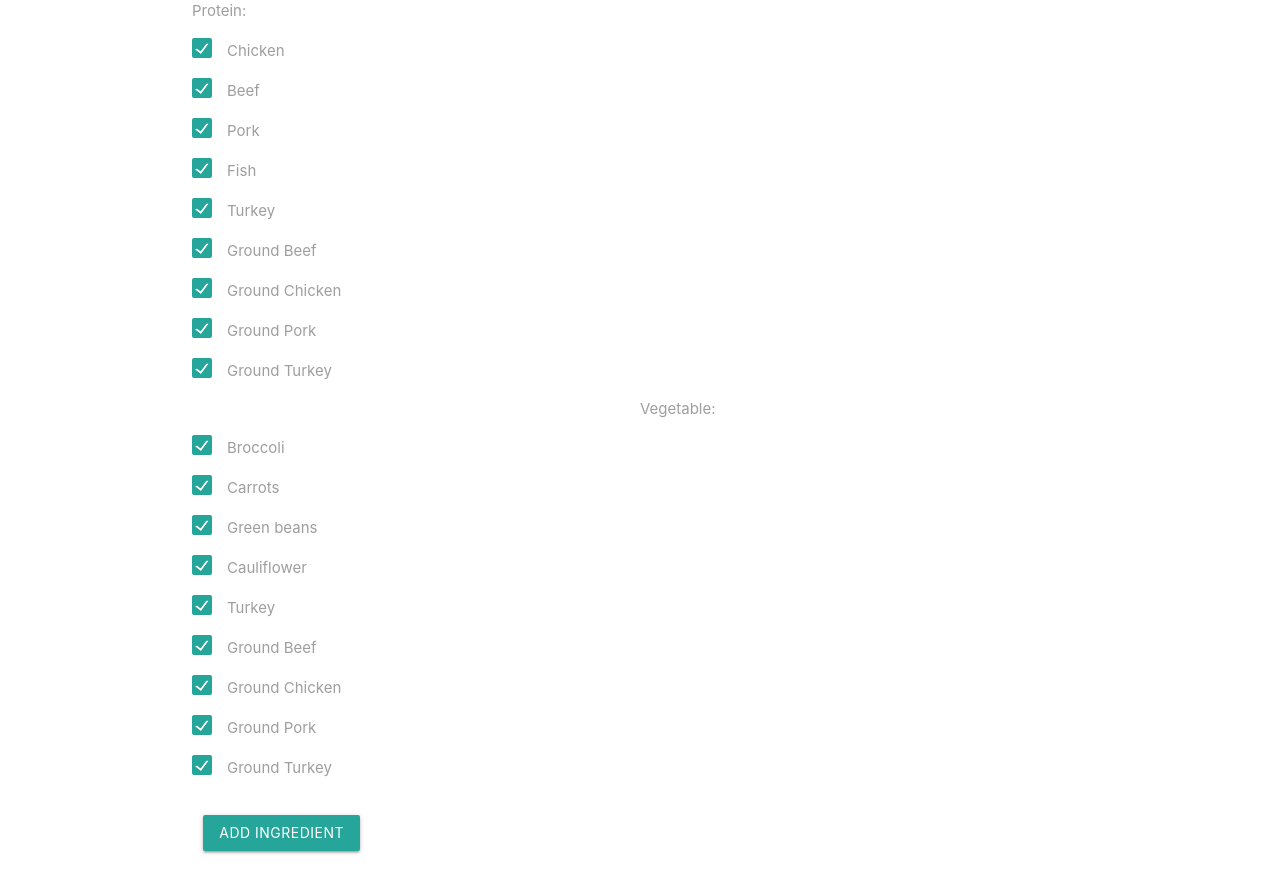
Repository: Aaron-R-Carter/Project1
Page: prototype.html
An editor plug-in stored every save of this project. The page is shown before and after the next save, followed by the edit.
The browser window is 1280 px wide. The pictures show the whole page.

Above is the page before, as saved 2019-10-31 23:34:13.
Console error: SyntaxError: Unexpected token '<'

### prototype.html
<!DOCTYPE html>
<html>

<head>
    <!--Import Google Icon Font-->
    <link href="https://fonts.googleapis.com/icon?family=Material+Icons" rel="stylesheet">
    <!--Import materialize.css-->
    <link rel="stylesheet" href="https://cdnjs.cloudflare.com/ajax/libs/materialize/1.0.0/css/materialize.min.css">
    <link rel="stylesheet" href="./prototype.css">
    <!--Let browser know website is optimized for mobile-->
    <meta name="viewport" content="width=device-width, initial-scale=1.0" />

</head>

<body>

    <div class="container">
        <div id="check-box" class="row">
            <div class="protein-col m3">

                <form action="#">
                    <label type="text" class="label">Protein:</label>
                    <p>
                        <label>
                            <input type="checkbox" class="filled-in" checked="checked" />
                            <span>Chicken</span>
                        </label>
                    </p>
                    <p>
                        <label>
                            <input type="checkbox" class="filled-in" checked="checked" />
                            <span>Beef</span>
                        </label>
                    </p>
                    <p>
                        <label>
                            <input type="checkbox" class="filled-in" checked="checked" />
                            <span>Pork</span>
                        </label>
                    </p>
                    <p>
                        <label>
                            <input type="checkbox" class="filled-in" checked="checked" />
                            <span>Fish</span>
                        </label>
                    </p>
                    <p>
                        <label>
                            <input type="checkbox" class="filled-in" checked="checked" />
                            <span>Turkey</span>
                        </label>
                    </p>
                    <p>
                        <label>
                            <input type="checkbox" class="filled-in" checked="checked" />
                            <span>Ground Beef</span>
                        </label>
                    </p>
                    <p>
                        <label>
                            <input type="checkbox" class="filled-in" checked="checked" />
                            <span>Ground Chicken</span>
                        </label>
                    </p>
                    <p>
                        <label>
                            <input type="checkbox" class="filled-in" checked="checked" />
                            <span>Ground Pork</span>
                        </label>
                    </p>
                    <p>
                        <label>
                            <input type="checkbox" class="filled-in" checked="checked" />
                            <span>Ground Turkey</span>
                        </label>
                    </p>

                    <div class="vegetable col m6"></div>

                    <form action="#">
                            <label type="text" class="label">Vegetable:</label>
                            <p>
                                <label>
                                    <input type="checkbox" class="filled-in" checked="checked" />
                                    <span>Broccoli</span>
                                </label>
                            </p>
                            <p>
                                <label>
                                    <input type="checkbox" class="filled-in" checked="checked" />
                                    <span>Carrots</span>
                                </label>
                            </p>
                            <p>
                                <label>
                                    <input type="checkbox" class="filled-in" checked="checked" />
                                    <span>Green beans</span>
                                </label>
                            </p>
                            <p>
                                <label>
                                    <input type="checkbox" class="filled-in" checked="checked" />
                                    <span>Cauliflower</span>
                                </label>
                            </p>
                            <p>
                                <label>
                                    <input type="checkbox" class="filled-in" checked="checked" />
                                    <span>Turkey</span>
                                </label>
                            </p>
                            <p>
                                <label>
                                    <input type="checkbox" class="filled-in" checked="checked" />
                                    <span>Ground Beef</span>
                                </label>
                            </p>
                            <p>
                                <label>
                                    <input type="checkbox" class="filled-in" checked="checked" />
                                    <span>Ground Chicken</span>
                                </label>
                            </p>
                            <p>
                                <label>
                                    <input type="checkbox" class="filled-in" checked="checked" />
                                    <span>Ground Pork</span>
                                </label>
                            </p>
                            <p>
                                <label>
                                    <input type="checkbox" class="filled-in" checked="checked" />
                                    <span>Ground Turkey</span>
                                </label>
                            </p>
                </form>
            </div>


        </div>
        <form id="ingredient-add-btn" class="row">

            <!-- Button will trigger new ingredient to be added -->
            <div class="col s 12">
                <input id="add " class="btn btn-primary mb-2" type="submit" value="add ingredient">
            </div>
        </form>


        <div id="ingredient-view-button"></div>

    </div>



    <script src="https://code.jquery.com/jquery-3.4.1.min.js"
        integrity="sha256-CSXorXvZcTkaix6Yvo6HppcZGetbYMGWSFlBw8HfCJo=" crossorigin="anonymous"></script>
    <script src="https://cdnjs.cloudflare.com/ajax/libs/materialize/1.0.0/js/materialize.min.js"></script>
    <script src="./script.js"></script>

</body>

</html>

### prototype.css
#form-page {
    width: 100%;

    border: 2px solid black;
}
.label {
    font-size: 15px;
}
.input-field col m6{
   float:left;
}

### script.js

    <div id="left-box">
    <form id="ingredient-form">
        <label for="ingredient-input">List of Ingredients:</label>
        <br>
        <input type="text" id="ingredient-input" placeholder="Ingredients">

        <!-- Button will trigger new ingredients to be added -->
        <input id="add " class="btn btn-primary mb-2" type="submit" value="Add a zipcode">
    </form>

    <div id="zipcode-view"></div>
</div>

After the next save:
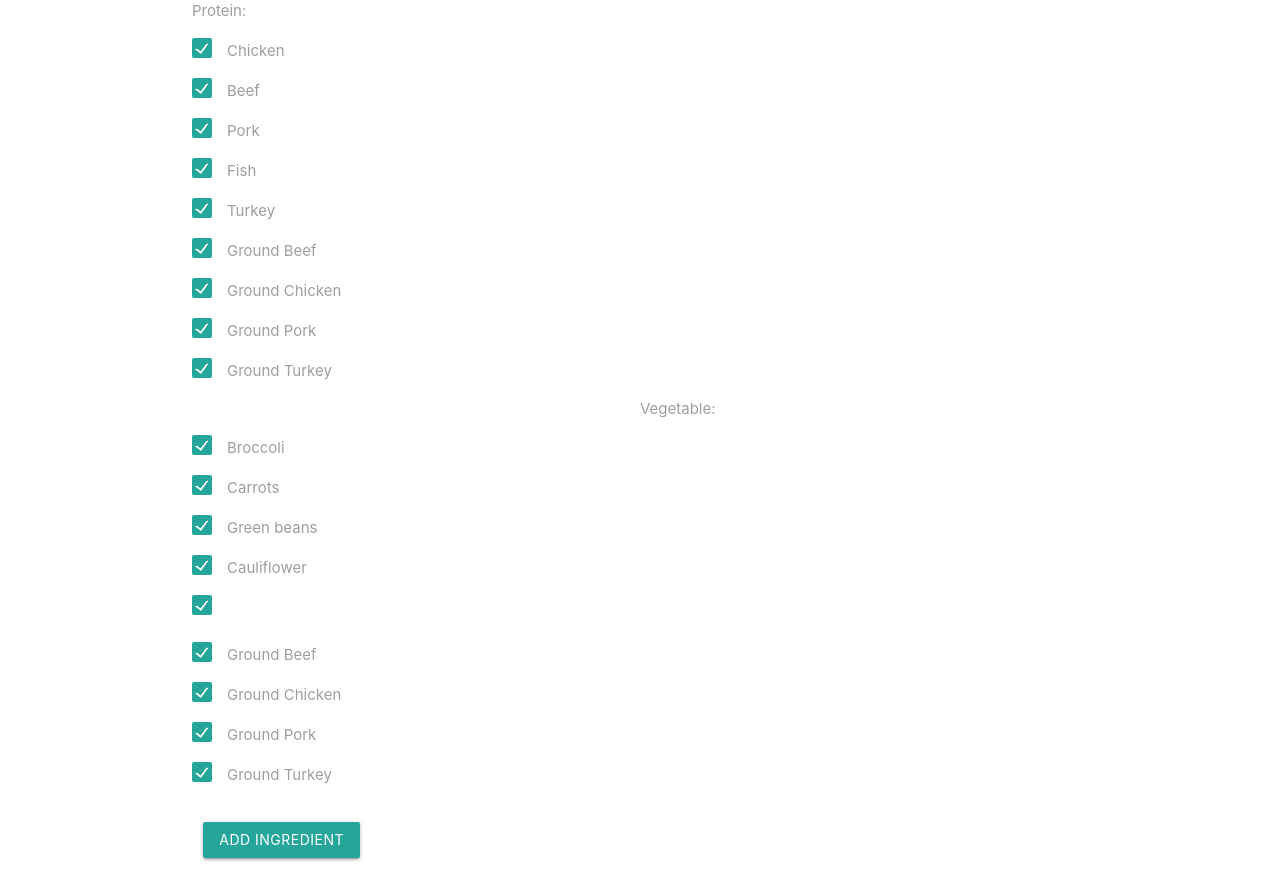
Saved 6 s later.
--- a/prototype.html
+++ b/prototype.html
@@ -106,7 +106,7 @@
                             <p>
                                 <label>
                                     <input type="checkbox" class="filled-in" checked="checked" />
-                                    <span>Turkey</span>
+                                    <span></span>
                                 </label>
                             </p>
                             <p>
